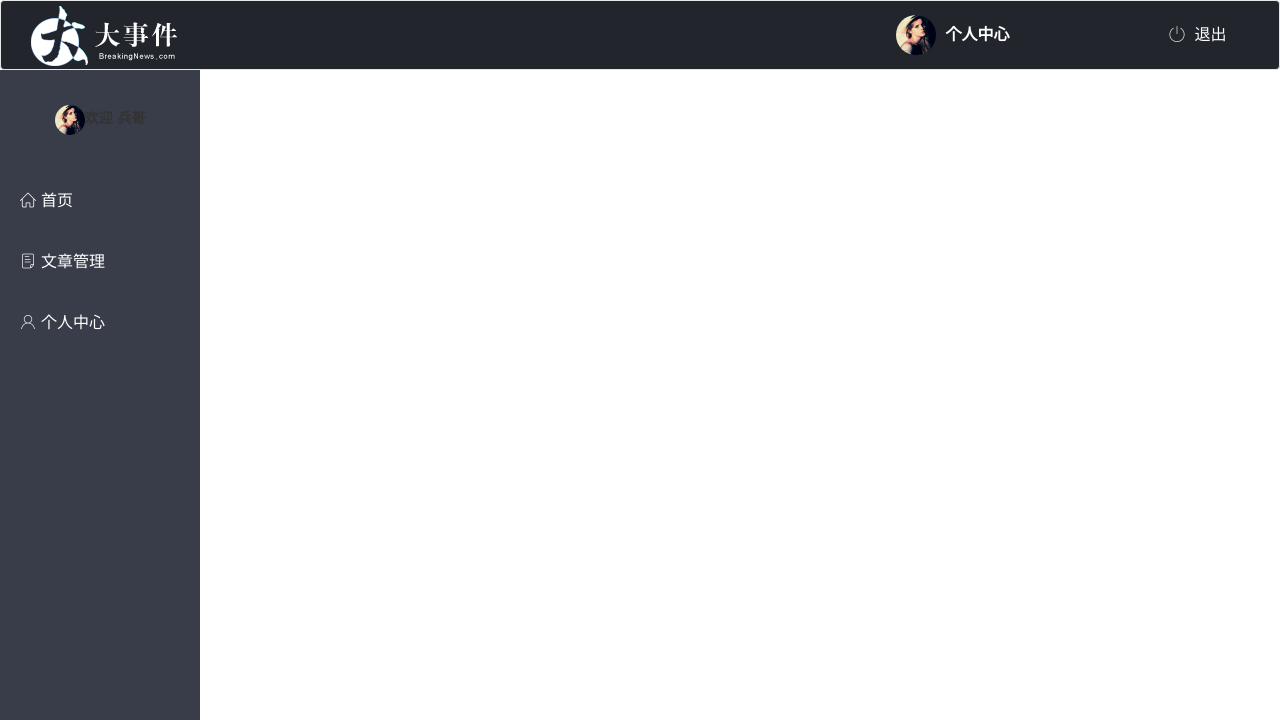
Repository: pursuit-YHP/project_dashijian
Page: index.html
These files come from the project's save history. The page is drawn as it stood at one moment and after the next save; the edit follows.
The browser window is 1280 px wide. The pictures show the whole page.
The style sheet was rebuilt from its Sass, Less or Tailwind sources for each picture, by a compiler version that may differ from the author's.

Above is the page before, as saved 2022-03-13 20:37:00.

After the next save:
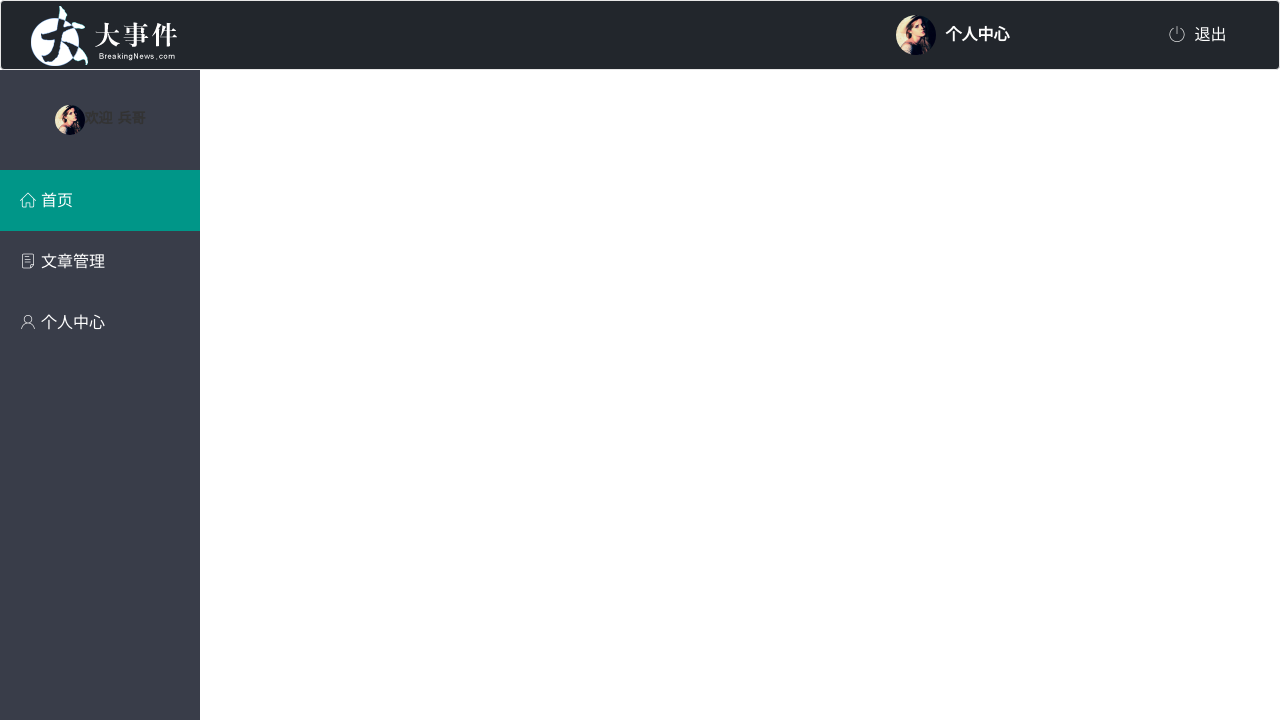
Saved 6 s later.
--- a/index.html
+++ b/index.html
@@ -42,7 +42,7 @@
         </div>
         <div class="aside_body">
             <ul>
-                <li>
+                <li class="current_li">
                     <a href="javascript:;"><span class="iconfont icon-home"></span>首页</a>
                 </li>
                 <li><a href="javasecipt:;"><span class="iconfont icon-16"></span>文章管理</a></li>
